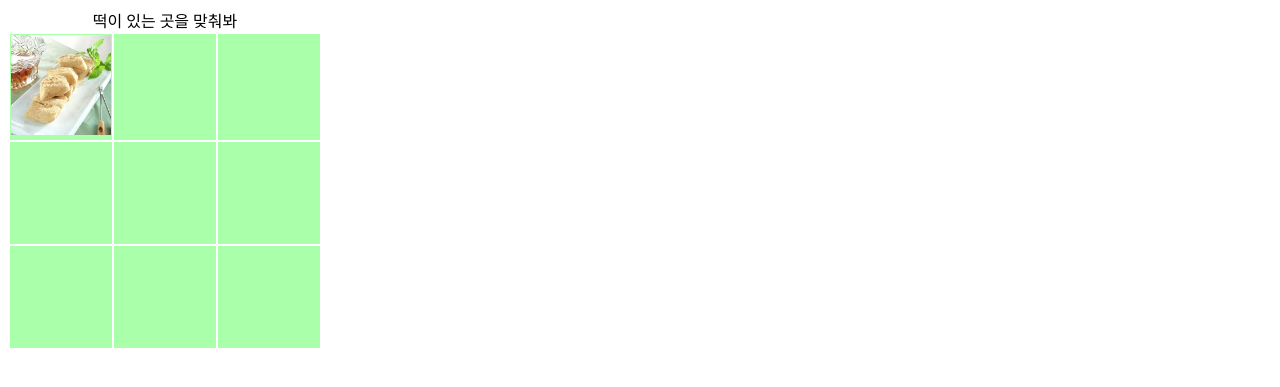
Repository: YERIN0531/SEOYERIN_WEBPRO
Page: gitSource/07_jQuery/jq01/WebContent/dduck.html
These files come from the project's save history. The page is drawn as it stood at one moment and after the next save; the edit follows.
The browser window is 1280 px wide. The pictures show the whole page.

Above is the page before, as saved 2022-06-21 06:52:20.

After the next save:
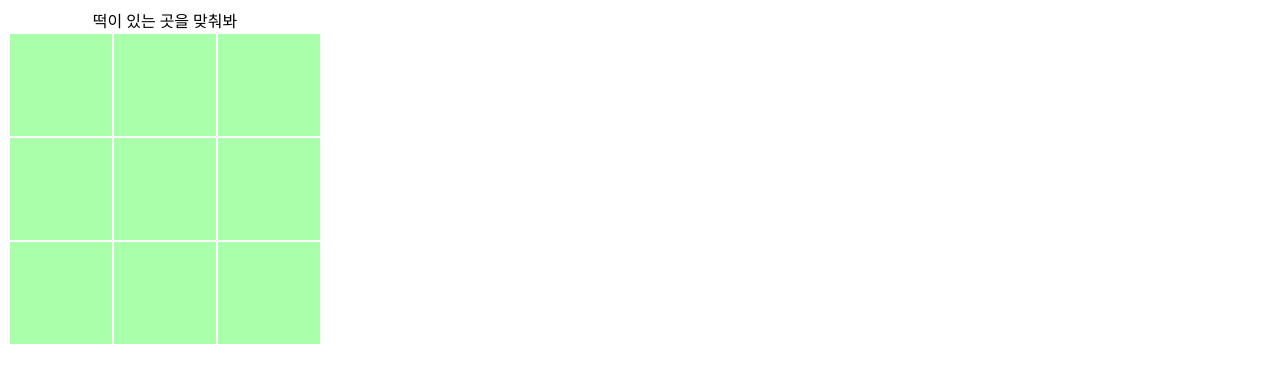
Saved 4 min 38 s later.
--- a/gitSource/07_jQuery/jq01/WebContent/dduck.html
+++ b/gitSource/07_jQuery/jq01/WebContent/dduck.html
@@ -12,6 +12,10 @@ img{width:100px; height: 100px;}
 <script>
  $(document).ready(function(){
 	 var ddukIdx = parseInt(Math.random()*9);
+	 $('td').click(function(){
+		 $(this).attr('')
+	 });
+
 	 $('td').each(function(idx, item){
 		 $(this).click(function(){// 이렇게 하면 0번째 따로, 1번째 따로함수를 걸거라는 뜻
 		 $('td').removeClass('tdRed');
@@ -24,7 +28,7 @@ img{width:100px; height: 100px;}
 <body>
 <table>
 	<caption>떡이 있는 곳을 맞춰봐</caption>
-	<tr><td><img src="img/dduk.jpg"></td><td></td><td></td></tr>
+	<tr><td></td><td></td><td></td></tr>
 	<tr><td></td><td></td><td></td></tr>
 	<tr><td></td><td></td><td></td></tr>
 
